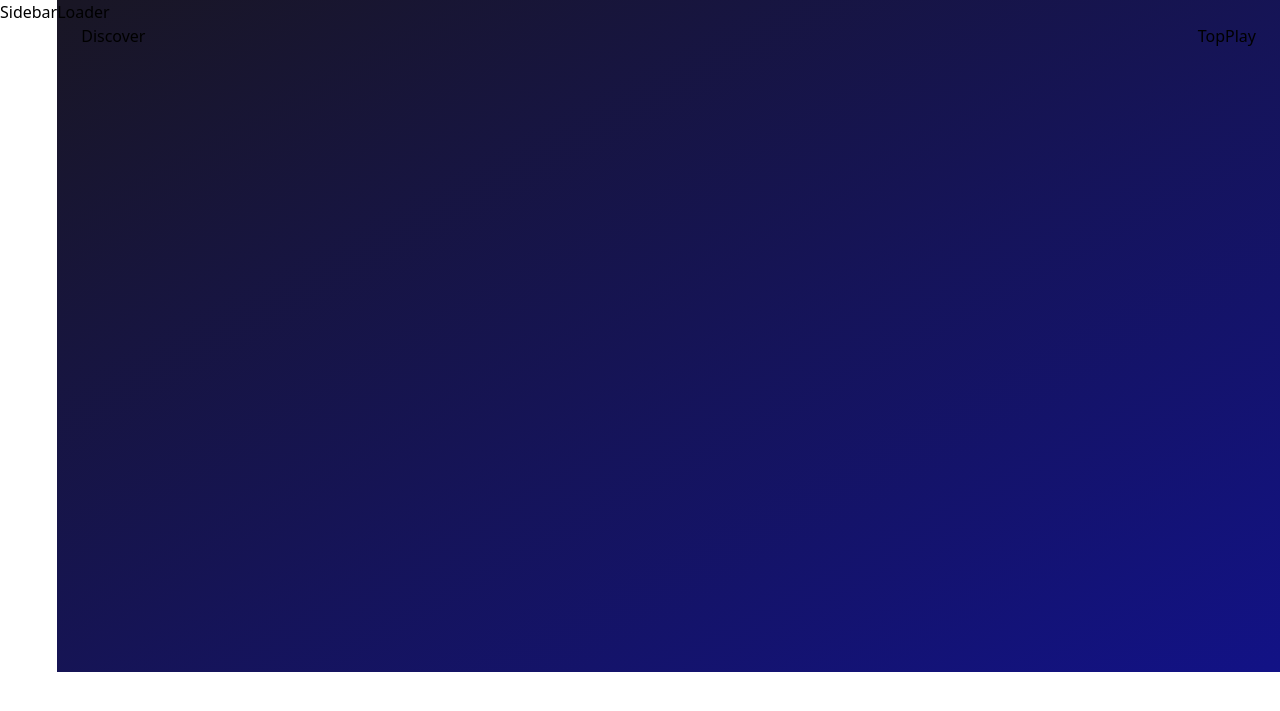
Repository: Rahul6395/Lyriks-Music-
Page: /
These files come from the project's save history. The page is drawn as it stood at one moment and after the next save; the edit follows.
The browser window is 1280 px wide. The pictures show the whole page.
The project was rebuilt for these pictures with package versions that can differ from the ones it lists, and the page was loaded fresh each time. Also part of the build but not shown: vite.config.js, src/components/SongCard.jsx, src/components/ArtistCard.jsx, src/components/DetailsHeader.jsx, src/components/PlayPause.jsx, src/components/SongBar.jsx, src/components/RelatedSongs.jsx, src/components/MusicPlayer/Controls.jsx and 13 more.

Above is the page before, as saved 2023-07-04 19:10:01.

### src/redux/features/playerSlice.js
import { createSlice } from '@reduxjs/toolkit';

const initialState = {
  currentSongs: [],
  currentIndex: 0,
  isActive: false,
  isPlaying: false,
  activeSong: {},
  genreListId: '',
};

const playerSlice = createSlice({
  name: 'player',
  initialState,
  reducers: {
    setActiveSong: (state, action) => {
      state.activeSong = action.payload.song;

      if (action.payload?.data?.tracks?.hits) {
        state.currentSongs = action.payload.data.tracks.hits;
      } else if (action.payload?.data?.properties) {
        state.currentSongs = action.payload?.data?.tracks;
      } else {
        state.currentSongs = action.payload.data;
      }

      state.currentIndex = action.payload.i;
      state.isActive = true;
    },

    nextSong: (state, action) => {
      if (state.currentSongs[action.payload]?.track) {
        state.activeSong = state.currentSongs[action.payload]?.track;
      } else {
        state.activeSong = state.currentSongs[action.payload];
      }

      state.currentIndex = action.payload;
      state.isActive = true;
    },

    prevSong: (state, action) => {
      if (state.currentSongs[action.payload]?.track) {
        state.activeSong = state.currentSongs[action.payload]?.track;
      } else {
        state.activeSong = state.currentSongs[action.payload];
      }

      state.currentIndex = action.payload;
      state.isActive = true;
    },

    playPause: (state, action) => {
      state.isPlaying = action.payload;
    },

    selectGenreListId: (state, action) => {
      state.genreListId = action.payload;
    },
  },
});

export const { setActiveSong, nextSong, prevSong, playPause, selectGenreListId } = playerSlice.actions;

export default playerSlice.reducer;

### src/pages/Discover.jsx
import { Error,Loader,SongCard } from "../components";
import {genres} from "../assets/constants"

const Discover = () => {
    return(
<div>Discover</div>
    )
}

export default Discover;

### src/assets/constants.js
import { HiOutlineHashtag, HiOutlineHome, HiOutlinePhotograph, HiOutlineUserGroup } from 'react-icons/hi';

export const genres = [
  { title: 'Pop', value: 'POP' },
  { title: 'Hip-Hop', value: 'HIP_HOP_RAP' },
  { title: 'Dance', value: 'DANCE' },
  { title: 'Electronic', value: 'ELECTRONIC' },
  { title: 'Soul', value: 'SOUL_RNB' },
  { title: 'Alternative', value: 'ALTERNATIVE' },
  { title: 'Rock', value: 'ROCK' },
  { title: 'Latin', value: 'LATIN' },
  { title: 'Film', value: 'FILM_TV' },
  { title: 'Country', value: 'COUNTRY' },
  { title: 'Worldwide', value: 'WORLDWIDE' },
  { title: 'Reggae', value: 'REGGAE_DANCE_HALL' },
  { title: 'House', value: 'HOUSE' },
  { title: 'K-Pop', value: 'K_POP' },
];

export const links = [
  { name: 'Discover', to: '/', icon: HiOutlineHome },
  { name: 'Around You', to: '/around-you', icon: HiOutlinePhotograph },
  { name: 'Top Artists', to: '/top-artists', icon: HiOutlineUserGroup },
  { name: 'Top Charts', to: '/top-charts', icon: HiOutlineHashtag },
];

Loaded but not shown: public/index.html (common file); src/index.jsx (common file); src/index.css (common file); src/App.jsx (common file); src/redux/store.js (common file); src/components/index.js (common file); src/pages/index.js (common file); src/components/Sidebar.jsx (common file); src/components/Searchbar.jsx (common file); src/components/TopPlay.jsx (common file); tailwind.config.js (common file)

After the next save:
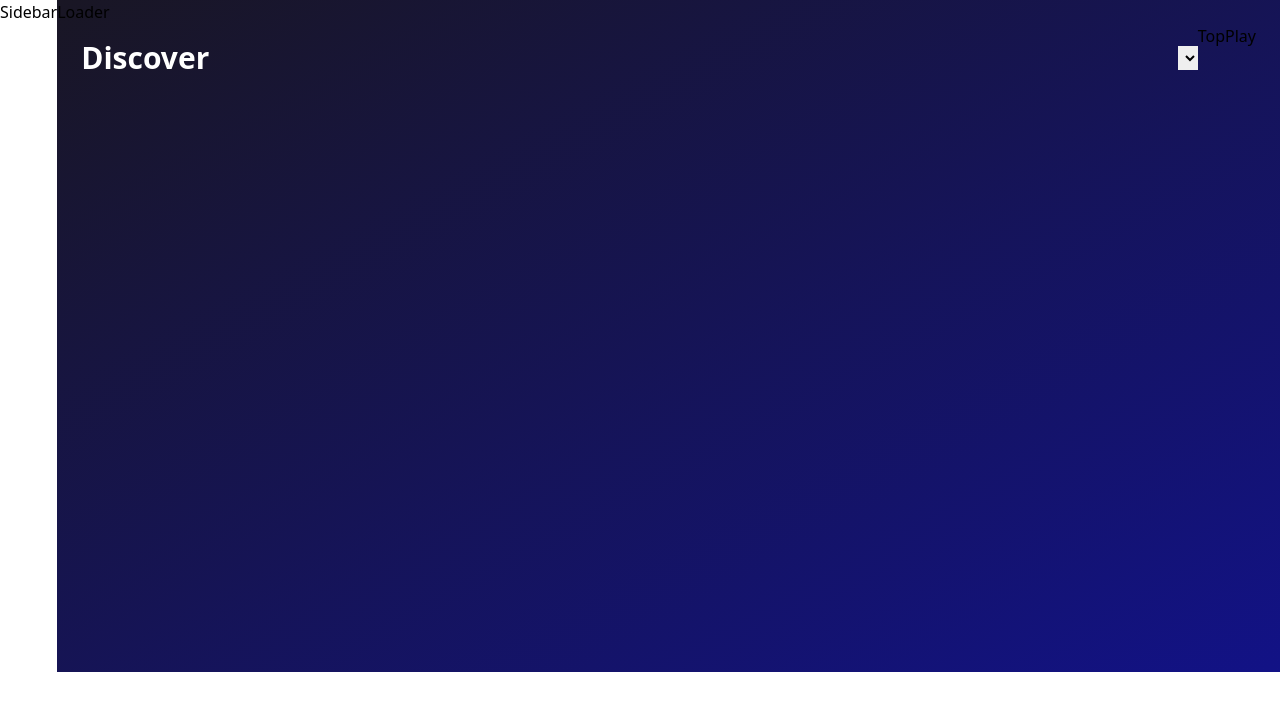
Saved 5 min 57 s later.
--- a/src/pages/Discover.jsx
+++ b/src/pages/Discover.jsx
@@ -3,7 +3,13 @@ import {genres} from "../assets/constants"
 
 const Discover = () => {
     return(
-<div>Discover</div>
+<div className="flex flex-col">
+<div className="w-full flex justify-between items-center sm:flex-row flex-col mt-4 mb-10">
+<h2 className="font-bold text-3xl text-white text-left">Discover</h2>
+<select></select>
+</div>
+
+</div>
     )
 }
 
